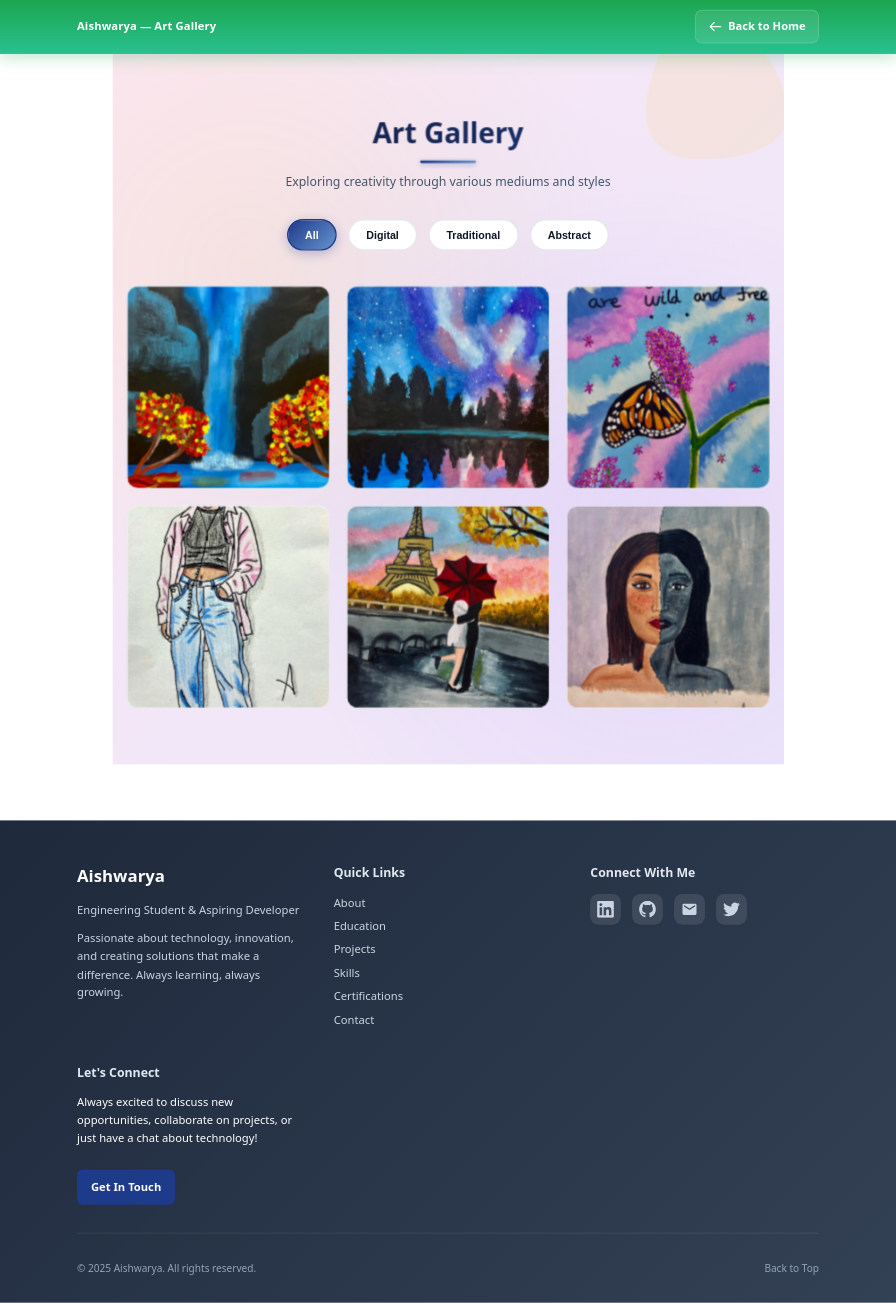
Repository: aishwarya-41/personal_portfolio
Page: /art
An editor plug-in stored every save of this project. The page is shown before and after the next save, followed by the edit.
The browser window is 1280 px wide. The pictures show the whole page, at 70% of full size.
The project was rebuilt for these pictures with package versions that can differ from the ones it lists, and the page was loaded fresh each time. Also part of the build but not shown: vite.config.js, src/components/Header.jsx, src/components/Hero.jsx, src/components/About.jsx, src/components/Education.jsx, src/components/Projects.jsx, src/components/Skills.jsx, src/components/Certifications.jsx and 4 more.

Above is the page before, as saved 2025-10-28 19:48:35.

### index.html
<!doctype html>
<html lang="en">
  <head>
    <meta charset="UTF-8" />

    <meta name="viewport" content="width=device-width, initial-scale=1.0" />
    <meta name="description" content="Aishwarya — Engineering Student Portfolio" />
    <title>Aishwarya | Engineering Portfolio</title>
  </head>
  <body>
    <div id="root"></div>
    <script type="module" src="/src/main.jsx"></script>
  </body>
</html>

### src/main.jsx
import { StrictMode } from 'react'
import { createRoot } from 'react-dom/client'
import { createBrowserRouter, RouterProvider } from 'react-router-dom'
import './index.css'
import App from './App.jsx'
import ProjectDetails from './projects/ProjectDetails.jsx'
import ArtPage from './pages/ArtPage.jsx'

const router = createBrowserRouter([
  {
    path: '/',
    element: <App />,
  },
  {
    path: '/projects/:projectId',
    element: <ProjectDetails />,
  },
  {
    path: '/art',
    element: <ArtPage />,
  },
])

createRoot(document.getElementById('root')).render(
  <StrictMode>
    <RouterProvider router={router} />
  </StrictMode>,
)

### src/index.css
/* reset */
* { box-sizing: border-box; }
html, body, #root { height: 100%; }

### src/pages/ArtPage.jsx
import ArtHeader from '../components/ArtHeader.jsx'
import ArtGallery from '../components/ArtGallery.jsx'
import Footer from '../components/Footer.jsx'
import BackToTop from '../components/BackToTop.jsx'

export default function ArtPage() {
  return (
    <div className="app-container">
      <ArtHeader />
      <main>
        <ArtGallery />
      </main>
      <Footer />
      <BackToTop />
    </div>
  )
}

### src/components/Footer.jsx
import { useEffect, useState } from 'react'

export default function Footer() {
  const [currentYear] = useState(new Date().getFullYear())

  const scrollToTop = () => {
    window.scrollTo({
      top: 0,
      behavior: 'smooth'
    })
  }

  const scrollToSection = (sectionId, e) => {
    e.preventDefault()
    // Check if we're on the art page
    if (window.location.pathname === '/art') {
      // Navigate to home page with hash
      window.location.href = `/#${sectionId}`
    } else {
      // Scroll to section on current page
      const element = document.getElementById(sectionId)
      if (element) {
        element.scrollIntoView({
          behavior: 'smooth',
          block: 'start'
        })
      }
    }
  }

  return (
    <footer className="site-footer">
      <div className="footer-content">
        <div className="footer-main">
          <div className="footer-section">
            <div className="footer-brand">
              <h3>Aishwarya</h3>
              <p>Engineering Student & Aspiring Developer</p>
            </div>
            <p className="footer-description">
              Passionate about technology, innovation, and creating solutions that make a difference.
              Always learning, always growing.
            </p>
          </div>

          <div className="footer-section">
            <h4>Quick Links</h4>
            <ul className="footer-links">
              <li><a href="#about" onClick={(e) => scrollToSection('about', e)}>About</a></li>
              <li><a href="#education" onClick={(e) => scrollToSection('education', e)}>Education</a></li>
              <li><a href="#projects" onClick={(e) => scrollToSection('projects', e)}>Projects</a></li>
              <li><a href="#skills" onClick={(e) => scrollToSection('skills', e)}>Skills</a></li>
              <li><a href="#certifications" onClick={(e) => scrollToSection('certifications', e)}>Certifications</a></li>
              <li><a href="#contact" onClick={(e) => scrollToSection('contact', e)}>Contact</a></li>
            </ul>
          </div>

          <div className="footer-section">
            <h4>Connect With Me</h4>
            <div className="social-links">
              <a href="https://linkedin.com/in/aishwarya" target="_blank" rel="noopener noreferrer" aria-label="LinkedIn">
                <svg width="24" height="24" viewBox="0 0 24 24" fill="currentColor">
                  <path d="M20.447 20.452h-3.554v-5.569c0-1.328-.027-3.037-1.852-3.037-1.853 0-2.136 1.445-2.136 2.939v5.667H9.351V9h3.414v1.561h.046c.477-.9 1.637-1.85 3.37-1.85 3.601 0 4.267 2.37 4.267 5.455v6.286zM5.337 7.433c-1.144 0-2.063-.926-2.063-2.065 0-1.138.92-2.063 2.063-2.063 1.14 0 2.064.925 2.064 2.063 0 1.139-.925 2.065-2.064 2.065zm1.782 13.019H3.555V9h3.564v11.452zM22.225 0H1.771C.792 0 0 .774 0 1.729v20.542C0 23.227.792 24 1.771 24h20.451C23.2 24 24 23.227 24 22.271V1.729C24 .774 23.2 0 22.222 0h.003z"/>
                </svg>
              </a>
              <a href="https://github.com/aishwarya" target="_blank" rel="noopener noreferrer" aria-label="GitHub">
                <svg width="24" height="24" viewBox="0 0 24 24" fill="currentColor">
                  <path d="M12 0c-6.626 0-12 5.373-12 12 0 5.302 3.438 9.8 8.207 11.387.599.111.793-.261.793-.577v-2.234c-3.338.726-4.033-1.416-4.033-1.416-.546-1.387-1.333-1.756-1.333-1.756-1.089-.745.083-.729.083-.729 1.205.084 1.839 1.237 1.839 1.237 1.07 1.834 2.807 1.304 3.492.997.107-.775.418-1.305.762-1.604-2.665-.305-5.467-1.334-5.467-5.931 0-1.311.469-2.381 1.236-3.221-.124-.303-.535-1.524.117-3.176 0 0 1.008-.322 3.301 1.23.957-.266 1.983-.399 3.003-.404 1.02.005 2.047.138 3.006.404 2.291-1.552 3.297-1.23 3.297-1.23.653 1.653.242 2.874.118 3.176.77.84 1.235 1.911 1.235 3.221 0 4.609-2.807 5.624-5.479 5.921.43.372.823 1.102.823 2.222v3.293c0 .319.192.694.801.576 4.765-1.589 8.199-6.086 8.199-11.386 0-6.627-5.373-12-12-12z"/>
                </svg>
              </a>
              <a href="mailto:aishwarya@example.com" aria-label="Email">
                <svg width="24" height="24" viewBox="0 0 24 24" fill="currentColor">
                  <path d="M20 4H4c-1.1 0-1.99.9-1.99 2L2 18c0 1.1.9 2 2 2h16c1.1 0 2-.9 2-2V6c0-1.1-.9-2-2-2zm0 4l-8 5-8-5V6l8 5 8-5v2z"/>
                </svg>
              </a>
              <a href="https://twitter.com/aishwarya" target="_blank" rel="noopener noreferrer" aria-label="Twitter">
                <svg width="24" height="24" viewBox="0 0 24 24" fill="currentColor">
                  <path d="M23.953 4.57a10 10 0 01-2.825.775 4.958 4.958 0 002.163-2.723c-.951.555-2.005.959-3.127 1.184a4.92 4.92 0 00-8.384 4.482C7.69 8.095 4.067 6.13 1.64 3.162a4.822 4.822 0 00-.666 2.475c0 1.71.87 3.213 2.188 4.096a4.904 4.904 0 01-2.228-.616v.06a4.923 4.923 0 003.946 4.827 4.996 4.996 0 01-2.212.085 4.936 4.936 0 004.604 3.417 9.867 9.867 0 01-6.102 2.105c-.39 0-.779-.023-1.17-.067a13.995 13.995 0 007.557 2.209c9.053 0 13.998-7.496 13.998-13.985 0-.21 0-.42-.015-.63A9.935 9.935 0 0024 4.59z"/>
                </svg>
              </a>
            </div>
          </div>

          <div className="footer-section">
            <h4>Let's Connect</h4>
            <p>Always excited to discuss new opportunities, collaborate on projects, or just have a chat about technology!</p>
            <a href="#contact" onClick={(e) => scrollToSection('contact', e)} className="footer-cta">
              Get In Touch
            </a>
          </div>
        </div>

        <div className="footer-bottom">
          <div className="footer-bottom-content">
            <p>&copy; {currentYear} Aishwarya. All rights reserved.</p>
            <div className="footer-bottom-links">
              <a href="#" onClick={scrollToTop}>Back to Top</a>
            </div>
          </div>
        </div>
      </div>
    </footer>
  )
}

### src/components/BackToTop.jsx
import { useEffect, useState } from 'react'

export default function BackToTop() {
  const [visible, setVisible] = useState(false)

  useEffect(() => {
    const onScroll = () => setVisible(window.scrollY > 400)
    onScroll()
    window.addEventListener('scroll', onScroll)
    return () => window.removeEventListener('scroll', onScroll)
  }, [])

  if (!visible) return null
  return (
    <button className="btn to-top" onClick={() => window.scrollTo({ top: 0, behavior: 'smooth' })} aria-label="Back to top">↑</button>
  )
}

### src/components/ArtHeader.jsx
import { Link } from 'react-router-dom'

export default function ArtHeader() {
  return (
    <header className="art-header">
      <div className="nav-wrap">
        <div className="brand">
          <span className="name">Aishwarya — Art Gallery</span>
        </div>
        <nav>
          <Link to="/" className="back-btn">
            <svg xmlns="http://www.w3.org/2000/svg" fill="none" viewBox="0 0 24 24" stroke="currentColor" style={{ width: '20px', height: '20px' }}>
              <path strokeLinecap="round" strokeLinejoin="round" strokeWidth={2} d="M10 19l-7-7m0 0l7-7m-7 7h18" />
            </svg>
            Back to Home
          </Link>
        </nav>
      </div>
    </header>
  )
}

### src/components/ArtGallery.jsx
import { useState } from 'react'

const artPieces = [
  {
    id: 1,
    title: 'Digital Landscape',
    category: 'digital',
    image: '/art/art1.png',
    description: 'A beautiful digital landscape created using digital art tools.',
    year: '2024'
  },
  {
    id: 2,
    title: 'Abstract Expression',
    category: 'abstract',
    image: '/art/art2.png',
    description: 'Exploring colors and forms in abstract art.',
    year: '2023'
  },
  {
    id: 3,
    title: 'Portrait Study',
    category: 'traditional',
    image: '/art/art3.png',
    description: 'Pencil sketch portrait focusing on light and shadow.',
    year: '2024'
  },
  {
    id: 4,
    title: "Nature's Harmony",
    category: 'digital',
    image: '/art/art4.png',
    description: 'Capturing the beauty of nature through digital art.',
    year: '2023'
  },
  {
    id: 5,
    title: 'Color Symphony',
    category: 'abstract',
    image: '/art/art5.png',
    description: 'A vibrant exploration of color relationships.',
    year: '2024'
  },
  {
    id: 6,
    title: 'Watercolor Dreams',
    category: 'traditional',
    image: '/art/art6.png',
    description: 'Delicate watercolor painting with soft tones.',
    year: '2023'
  }
]

const categories = ['all', 'digital', 'traditional', 'abstract']

export default function ArtGallery() {
  const [selectedCategory, setSelectedCategory] = useState('all')
  const [selectedArt, setSelectedArt] = useState(null)
  const [isModalOpen, setIsModalOpen] = useState(false)

  const filteredArt =
    selectedCategory === 'all'
      ? artPieces
      : artPieces.filter((art) => art.category === selectedCategory)

  const openModal = (art) => {
    setSelectedArt(art)
    setIsModalOpen(true)
  }

  const closeModal = () => {
    setIsModalOpen(false)
    setTimeout(() => setSelectedArt(null), 300)
  }

  return (
    <div className="art-gallery">
      <div className="container">
        <h2 className="section-title fade-in-up">Art Gallery</h2>
        <p
          className="fade-in-up fade-in-up-delay-1"
          style={{
            textAlign: 'center',
            marginBottom: '40px',
            fontSize: '1.1rem',
            color: 'var(--muted)',
          }}
        >
          Exploring creativity through various mediums and styles
        </p>

        {/* Category Filter */}
        <div className="gallery-filters fade-in-up fade-in-up-delay-2">
          {categories.map((category) => (
            <button
              key={category}
              className={`filter-btn ${
                selectedCategory === category ? 'active' : ''
              }`}
              onClick={() => setSelectedCategory(category)}
            >
              {category.charAt(0).toUpperCase() + category.slice(1)}
            </button>
          ))}
        </div>

        {/* Art Grid */}
        <div className="art-grid fade-in-up fade-in-up-delay-3">
          {filteredArt.map((art, index) => (
            <div
              key={art.id}
              className="art-card card-3d"
              style={{ animationDelay: `${index * 0.1}s` }}
              onClick={() => openModal(art)}
            >
              <div className="art-image-wrapper">
                <img src={art.image} alt={art.title} className="art-image" />
                <div className="art-overlay">
                  <h3>{art.title}</h3>
                  <p>{art.year}</p>
                </div>
              </div>
            </div>
          ))}
        </div>
      </div>

      {/* Modal Lightbox */}
      {isModalOpen && selectedArt && (
        <div className="art-modal" onClick={closeModal}>
          <div className="modal-content" onClick={(e) => e.stopPropagation()}>
            <button className="modal-close" onClick={closeModal}>
              <svg
                xmlns="http://www.w3.org/2000/svg"
                fill="none"
                viewBox="0 0 24 24"
                stroke="currentColor"
              >
                <path
                  strokeLinecap="round"
                  strokeLinejoin="round"
                  strokeWidth={2}
                  d="M6 18L18 6M6 6l12 12"
                />
              </svg>
            </button>
            <img
              src={selectedArt.image}
              alt={selectedArt.title}
              className="modal-image"
            />
            <div className="modal-info">
              <h3>{selectedArt.title}</h3>
              <p className="modal-year">{selectedArt.year}</p>
              <p className="modal-description">{selectedArt.description}</p>
            </div>
          </div>
        </div>
      )}
    </div>
  )
}

Loaded but not shown: src/App.css (1975 lines, source omitted)

After the next save:
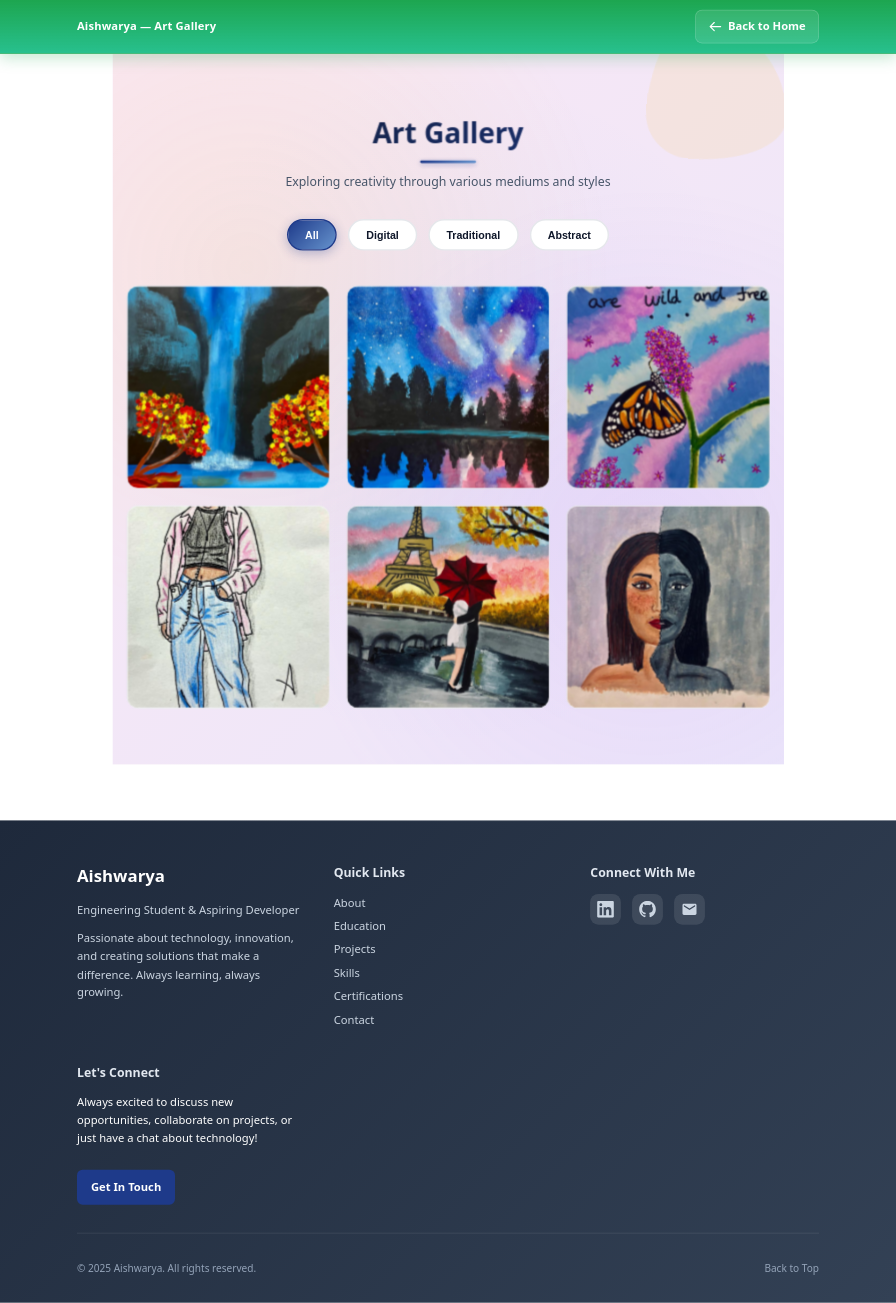
Saved 111 s later.
--- a/src/components/Footer.jsx
+++ b/src/components/Footer.jsx
@@ -73,11 +73,6 @@ export default function Footer() {
                   <path d="M20 4H4c-1.1 0-1.99.9-1.99 2L2 18c0 1.1.9 2 2 2h16c1.1 0 2-.9 2-2V6c0-1.1-.9-2-2-2zm0 4l-8 5-8-5V6l8 5 8-5v2z"/>
                 </svg>
               </a>
-              <a href="https://twitter.com/aishwarya" target="_blank" rel="noopener noreferrer" aria-label="Twitter">
-                <svg width="24" height="24" viewBox="0 0 24 24" fill="currentColor">
-                  <path d="M23.953 4.57a10 10 0 01-2.825.775 4.958 4.958 0 002.163-2.723c-.951.555-2.005.959-3.127 1.184a4.92 4.92 0 00-8.384 4.482C7.69 8.095 4.067 6.13 1.64 3.162a4.822 4.822 0 00-.666 2.475c0 1.71.87 3.213 2.188 4.096a4.904 4.904 0 01-2.228-.616v.06a4.923 4.923 0 003.946 4.827 4.996 4.996 0 01-2.212.085 4.936 4.936 0 004.604 3.417 9.867 9.867 0 01-6.102 2.105c-.39 0-.779-.023-1.17-.067a13.995 13.995 0 007.557 2.209c9.053 0 13.998-7.496 13.998-13.985 0-.21 0-.42-.015-.63A9.935 9.935 0 0024 4.59z"/>
-                </svg>
-              </a>
             </div>
           </div>
 
